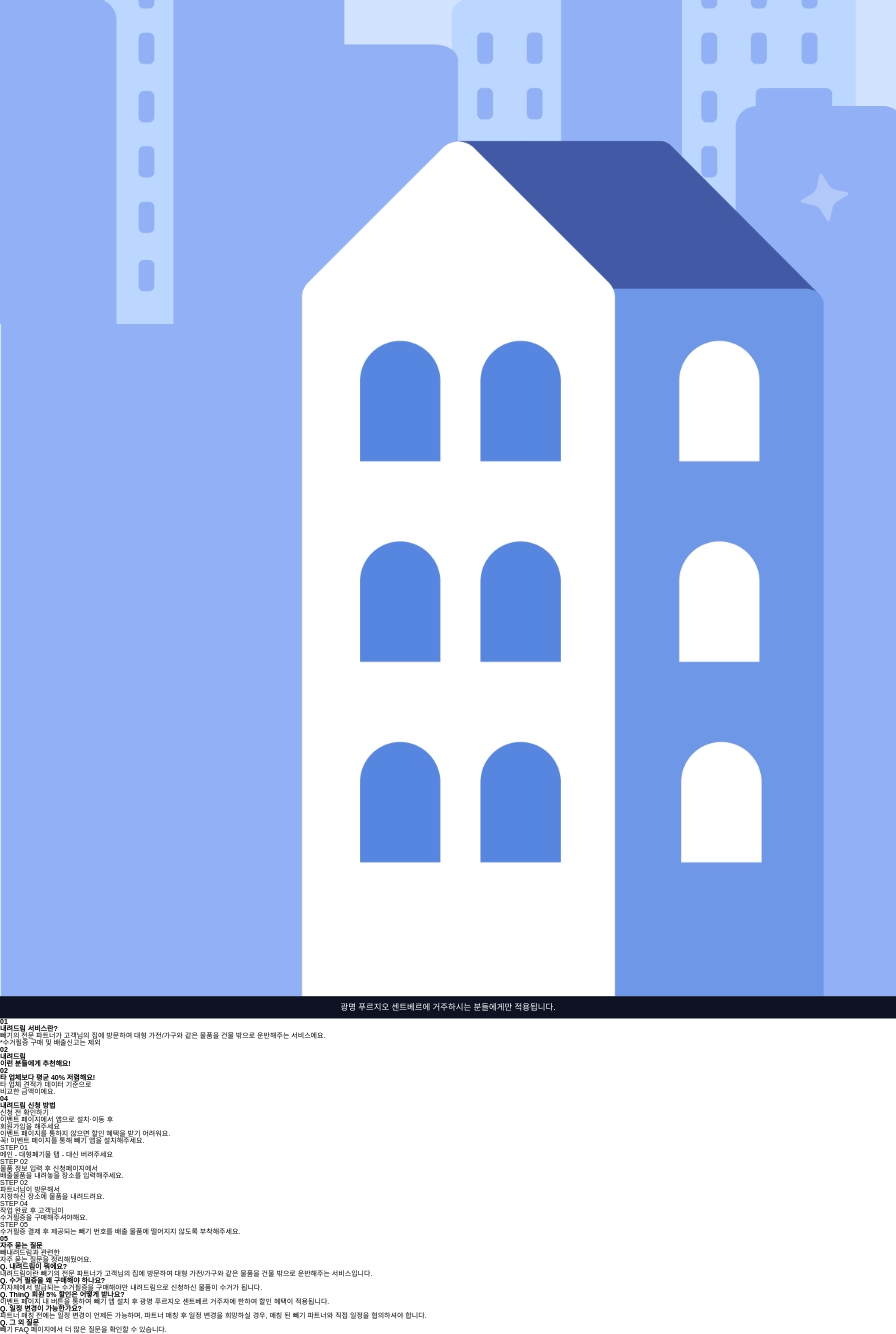
Repository: seraLeeDev/lgthinq-test
Page: index2.html
The author's editor kept a copy of each file at every save. The page is drawn from the files as they stood at one save, then again after the next save.
The browser window is 1280 px wide. The pictures show the part of the page from y = 2020 to 3940 px (the page is 3925 px tall before and 3940 px after), at 70% of full size.
Some web fonts or font styles are not loaded; a fallback is used.

Above is the page before, as saved 2023-03-14 11:54:45.
Console error: ReferenceError: AOS is not defined

### index2.html
<!DOCTYPE html>
<html lang="ko">
  <head>
    <meta charset="UTF-8" />
    <meta http-equiv="X-UA-Compatible" content="IE=edge" />
    <meta name="viewport" content="width=device-width, initial-scale=1.0" />
    <title>빼기 | 새롭게 버리는 공식</title>
    <link as="style" rel="stylesheet" href="/css/reset.css" />
    <link as="style" rel="stylesheet" href="/css/font.css" />
    <link as="style" rel="stylesheet" href="/css/style.css" />
    <link href="https://unpkg.com/aos@2.3.1/dist/aos.css" rel="stylesheet" />
    <link
      rel="stylesheet"
      href="https://cdn.jsdelivr.net/gh/orioncactus/pretendard@v1.3.5/dist/web/static/pretendard-dynamic-subset.css"
    />
    <link
      rel="apple-touch-icon"
      sizes="57x57"
      href="/icons/apple-icon-57x57.png"
    />
    <link
      rel="apple-touch-icon"
      sizes="60x60"
      href="/icons/apple-icon-60x60.png"
    />
    <link
      rel="apple-touch-icon"
      sizes="72x72"
      href="/icons/apple-icon-72x72.png"
    />
    <link
      rel="apple-touch-icon"
      sizes="76x76"
      href="/icons/apple-icon-76x76.png"
    />
    <link
      rel="apple-touch-icon"
      sizes="114x114"
      href="/icons/apple-icon-114x114.png"
    />
    <link
      rel="apple-touch-icon"
      sizes="120x120"
      href="/icons/apple-icon-120x120.png"
    />
    <link
      rel="apple-touch-icon"
      sizes="144x144"
      href="/icons/apple-icon-144x144.png"
    />
    <link
      rel="apple-touch-icon"
      sizes="152x152"
      href="/icons/apple-icon-152x152.png"
    />
    <link
      rel="apple-touch-icon"
      sizes="180x180"
      href="/icons/apple-icon-180x180.png"
    />
    <link
      rel="icon"
      type="image/png"
      sizes="192x192"
      href="/icons/android-icon-192x192.png"
    />
    <link
      rel="icon"
      type="image/png"
      sizes="32x32"
      href="/icons/favicon-32x32.png"
    />
    <link
      rel="icon"
      type="image/png"
      sizes="96x96"
      href="/icons/favicon-96x96.png"
    />
    <link
      rel="icon"
      type="image/png"
      sizes="16x16"
      href="/icons/favicon-16x16.png"
    />
    <script type="text/javascript" src="/js/index.js"></script>
    <script src="https://unpkg.com/aos@2.3.1/dist/aos.js"></script>
  </head>
  <body>
    <div class="wrapper">
      <!-- 메인 -->
      <article class="article-box">
        <div class="full-img-box">
          <img src="./img/[LG ThinQ] main img.gif" alt="내려드림,할인드림" />
        </div>
        <div class="main-notice">
          <p>광명 푸르지오 센트베르에 거주하시는 분들에게만 적용됩니다.</p>
        </div>
      </article>
      <!-- ThinQ & 빼기 설명 -->
      <article></article>
      <!-- 내려드림 소개 -->
      <article>
        <!-- 01. 내려드림 서비스란? -->
        <section>
          <b>01</b>
          <h2>내려드림 서비스란?</h2>
          <p>
            빼기의 전문 파트너가 고객님의 집에 방문하여 대형 가전/가구와 같은
            물품을 건물 밖으로 운반해주는 서비스에요.
          </p>
          <small>*수거필증 구매 및 배출신고는 제외</small>
          <div></div>
        </section>
        <!-- 02. 내려드림 추천 -->
        <section>
          <b>02</b>
          <h2>
            <span>내려드림</span><br />
            이런 분들에게 추천해요!
          </h2>

          <div></div>
          <div></div>
          <div></div>
        </section>
        <!-- 03. 가격 설명 -->
        <section>
          <b>02</b>
          <h2>타 업체보다 <span>평균 40% 저렴</span>해요!</h2>
          <p>
            타 업체 견적가 데이터 기준으로<br />
            비교한 금액이에요.
          </p>
          <div></div>
          <div></div>
        </section>
        <!-- 04. 내려드림 신청 방법 -->
        <section>
          <b>04</b>
          <h2>내려드림 신청 방법</h2>
          <div>
            <span>신청 전 확인하기</span>
            <p>
              이벤트 페이지에서 앱으로 설치·이동 후 <br />회원가입을 해주세요
            </p>
          </div>
          <div>
            <small
              >이벤트 페이지를 통하지 않으면 할인 혜택을 받기 어려워요.<br />
              꼭! 이벤트 페이지를 통해 빼기 앱을 설치해주세요.</small
            >
          </div>
          <div>
            <span>STEP 01</span>
            <p>메인 - 대형폐기물 탭 - 대신 버려주세요</p>
          </div>

          <div>
            <span>STEP 02</span>
            <p>
              물품 정보 입력 후 신청페이지에서<br />
              배출물품을 내려놓을 장소를 입력해주세요.
            </p>
          </div>
          <div>
            <span>STEP 02</span>
            <p>
              파트너님이 방문해서<br />
              지정하신 장소에 물품을 내려드려요.
            </p>
          </div>
          <div>
            <span>STEP 04</span>
            <p>
              작업 완료 후 고객님이<br />
              수거필증을 구매해주셔야해요.
            </p>
          </div>
          <div>
            <span>STEP 05</span>
            <p>
              수거필증 결제 후 제공되는 빼기 번호를 배출 물품에 떨어지지 않도록
              부착해주세요.
            </p>
          </div>
        </section>
      </article>
      <!-- 05 : 자주묻는 질문-->
      <article>
        <section>
          <b>05</b>
          <h2>자주 묻는 질문</h2>
          <p>
            빼내려드림과 관련한<br />
            자주 묻는 질문을 정리해뒀어요.
          </p>

          <ul>
            <li>
              <div>
                <h5>Q. 내려드림이 뭐에요?</h5>
                <i></i>
                <div>
                  내려드림이란 빼기의 전문 파트너가 고객님의 집에 방문하여 대형
                  가전/가구와 같은 물품을 건물 밖으로 운반해주는 서비스입니다.
                </div>
              </div>
            </li>
            <li>
              <div>
                <h5>Q. 수거 필증을 왜 구매해야 하나요?</h5>
                <i></i>
                <div>
                  지자체에서 발급되는 수거필증을 구매해야만 내려드림으로
                  신청하신 물품이 수거가 됩니다.
                </div>
              </div>
            </li>
            <li>
              <div>
                <h5>Q. ThinQ 회원 5% 할인은 어떻게 받나요?</h5>
                <i></i>
                <div>
                  이벤트 페이지 내 버튼을 통하여 빼기 앱 설치 후 광명 푸르지오
                  센트베르 거주자에 한하여 할인 혜택이 적용됩니다.
                </div>
              </div>
            </li>
            <li>
              <div>
                <h5>Q. 일정 변경이 가능한가요?</h5>
                <i></i>
                <div>
                  파트너 매칭 전에는 일정 변경이 언제든 가능하며, 파트너 매칭 후
                  일정 변경을 희망하실 경우, 매칭 된 빼기 파트너와 직접 일정을
                  협의하셔야 합니다.
                </div>
              </div>
            </li>
            <li>
              <div>
                <h5>Q. 그 외 질문</h5>
                <i></i>
                <div>
                  빼기 FAQ 페이지에서 더 많은 질문을 확인할 수 있습니다.
                </div>
              </div>
            </li>
          </ul>
        </section>
      </article>
      <!-- 플로팅 버튼 -->
      <div class="btn-float"></div>
      <footer></footer>
    </div>
  </body>
</html>

### css/font.css
@charset "UTF-8";

@font-face {
  font-family: "Pretendard";
  src: url("https://cdn.jsdelivr.net/gh/orioncactus/pretendard@v1.3.5/dist/web/static/pretendard-dynamic-subset.css");
}

@font-face {
  font-family: "HGSoftGGothicssi";
  font-style: normal;
  font-weight: 100;
  src: url(/font/HGSoftGGothicssi-00g.woff2) format("woff2"),
    url(/font/HGSoftGGothicssi-00g.woff) format("woff"),
    url(/font/HGSoftGGothicssi-00g.otf) format("opentype");
}

@font-face {
  font-family: "HGSoftGGothicssi";
  font-style: normal;
  font-weight: 200;
  src: url(/font/HGSoftGGothicssi-20g.woff2) format("woff2"),
    url(/font/HGSoftGGothicssi-20g.woff) format("woff"),
    url(/font/HGSoftGGothicssi-20g.otf) format("opentype");
}

@font-face {
  font-family: "HGSoftGGothicssi";
  font-style: normal;
  font-weight: 400;
  src: url(/font/HGSoftGGothicssi-40g.woff2) format("woff2"),
    url(/font/HGSoftGGothicssi-40g.woff) format("woff"),
    url(/font/HGSoftGGothicssi-40g.otf) format("opentype");
}

@font-face {
  font-family: "HGSoftGGothicssi";
  font-style: normal;
  font-weight: 600;
  src: url(/font/HGSoftGGothicssi-60g.woff2) format("woff2"),
    url(/font/HGSoftGGothicssi-60g.woff) format("woff"),
    url(/font/HGSoftGGothicssi-60g.otf) format("opentype");
}

@font-face {
  font-family: "HGSoftGGothicssi";
  font-style: normal;
  font-weight: 800;
  src: url(/font/HGSoftGGothicssi-80g.woff2) format("woff2"),
    url(/font/HGSoftGGothicssi-80g.woff) format("woff"),
    url(/font/HGSoftGGothicssi-80g.otf) format("opentype");
}

@font-face {
  font-family: "HGSoftGGothicssi";
  font-style: normal;
  font-weight: 900;
  src: url(/font/HGSoftGGothicssi-90g.woff2) format("woff2"),
    url(/font/HGSoftGGothicssi-90g.woff) format("woff"),
    url(/font/HGSoftGGothicssi-90g.otf) format("opentype");
}

### css/style.css
@charset "UTF-8";
/* typo style */
html,
body,
.wrapper {
  font-family: "Pretendard", sans-serif !important;
  font-size: 10px; /*1rem: 10px*/
}
.wrapper .GGothic {
  font-family: "HGSoftGGothicssi", sans-serif !important;
}

.font-semiBold {
  font-weight: 600 !important;
}

.font-bold {
  font-weight: 800 !important;
}

.font-extraBold {
  font-weight: 900 !important;
}

/* Box style */
.full-img-box {
  width: 100%;
}
.full-img-box img {
  width: 100%;
  vertical-align: bottom;
}

/* article 1 style */
.main-notice {
  width: 100%;
  padding: 10px 0;
  background: #0e1222;
}

.main-notice p {
  width: 100%;
  text-align: center;
  font-size: 1.2rem;
  color: #fff;
}
/* article 2 style */
/* article 3 style */
/* article 4 style */
/* article 5 style */

Loaded but not shown: css/reset.css (common file); js/index.js (common file)

After the next save:
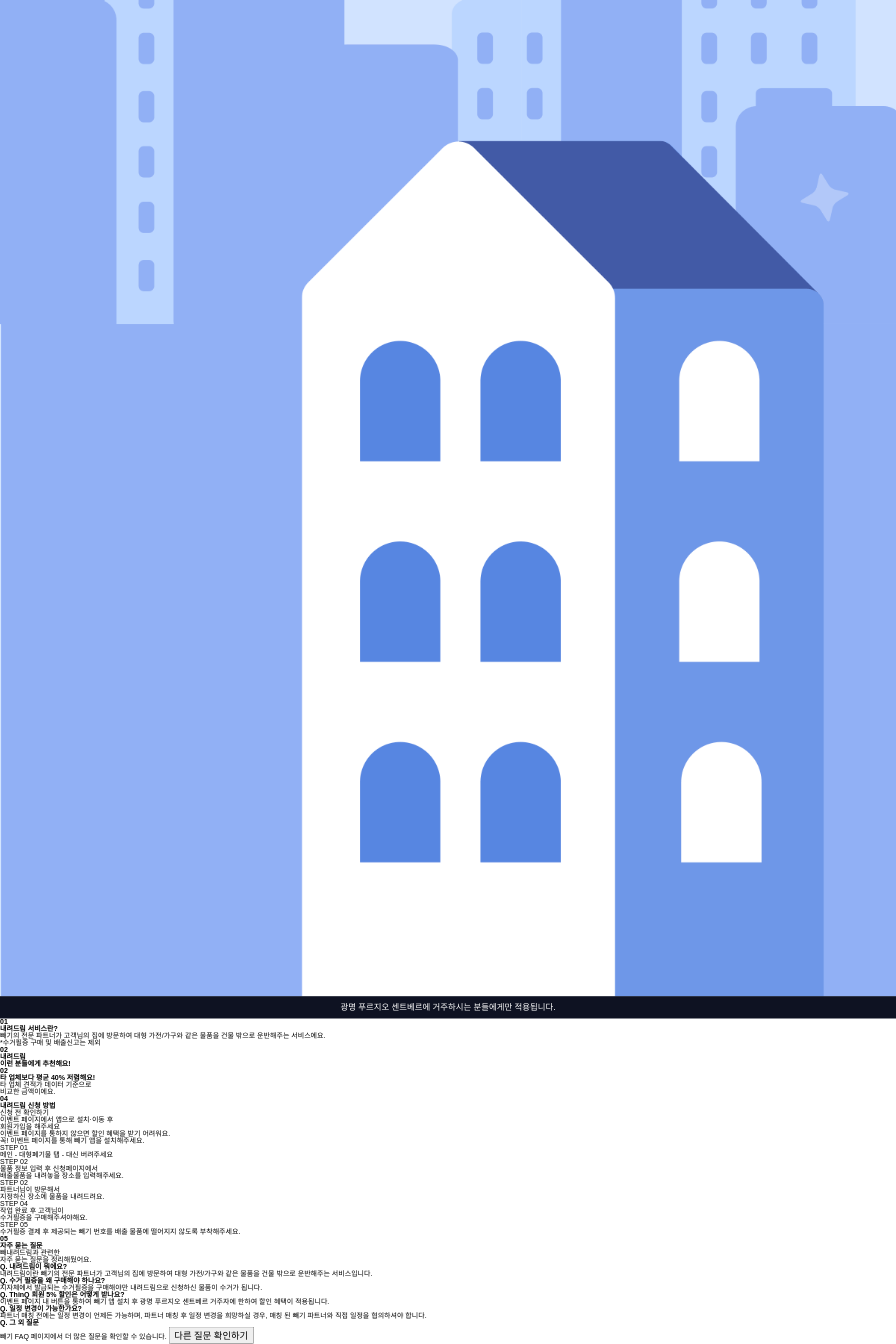
Saved 34 s later.
--- a/index2.html
+++ b/index2.html
@@ -243,15 +243,16 @@
                 <i></i>
                 <div>
                   빼기 FAQ 페이지에서 더 많은 질문을 확인할 수 있습니다.
+                  <button>다른 질문 확인하기</button>
                 </div>
               </div>
             </li>
           </ul>
         </section>
+        <footer></footer>
       </article>
       <!-- 플로팅 버튼 -->
       <div class="btn-float"></div>
-      <footer></footer>
     </div>
   </body>
 </html>
